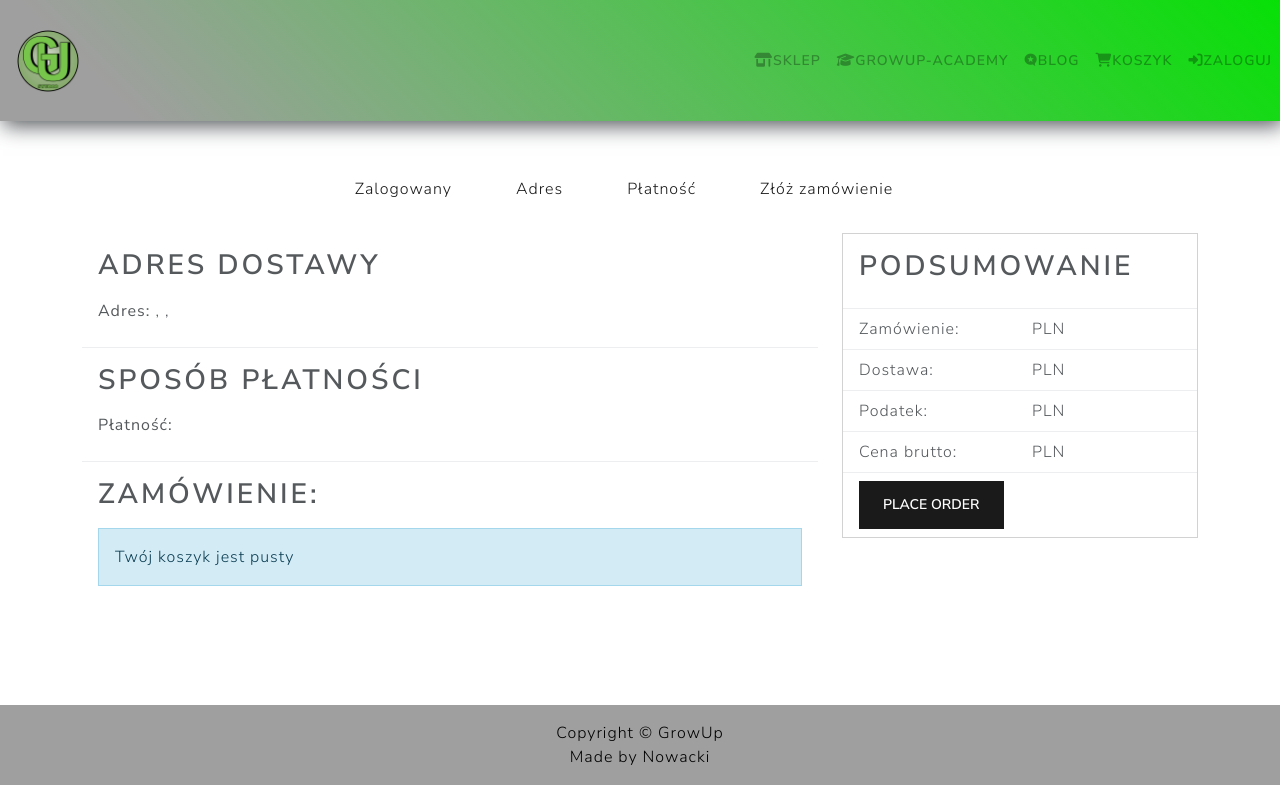
Repository: Nowacki97PL/GrowUpFullStack
Page: /placeorder (app in grow-up-fe/)
An editor plug-in stored every save of this project. The page is shown before and after the next save, followed by the edit.
The browser window is 1280 px wide. The pictures show the whole page.
The project was rebuilt for these pictures with package versions that can differ from the ones it lists, and the page was loaded fresh each time. Also part of the build but not shown: grow-up-fe/src/components/Rating.js, grow-up-fe/src/components/Product.js, grow-up-fe/src/components/Loader.js, grow-up-fe/src/actions/productActions.js, grow-up-fe/src/screens/ShopScreen.js, grow-up-fe/src/screens/ProductScreen.js, grow-up-fe/src/screens/HomeScreen.js, grow-up-fe/src/actions/cartActions.js and 7 more.

Above is the page before, as saved 2024-02-24 18:13:58.

After the next save:
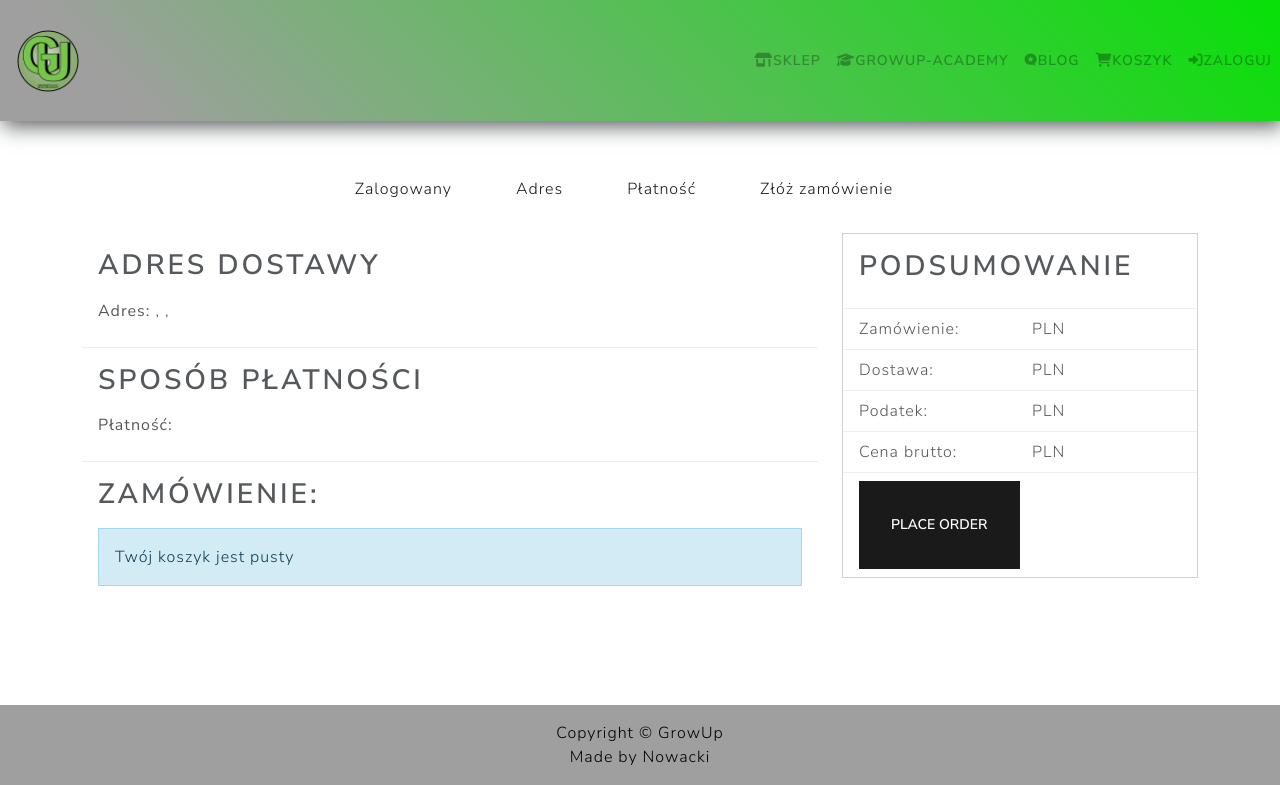
Saved 6 s later.
--- a/grow-up-fe/src/screens/PlaceOrderScreen.js
+++ b/grow-up-fe/src/screens/PlaceOrderScreen.js
@@ -110,7 +110,7 @@
 							<ListGroup.Item>
                                     <Button
                                         type="button"
-                                        className="btn btn-block"
+                                        className="btn-lg btn-block"
                                         disabled={cart.cartItems === 0}
                                         onClick={placeOrder}
                                     >

After the save that followed:
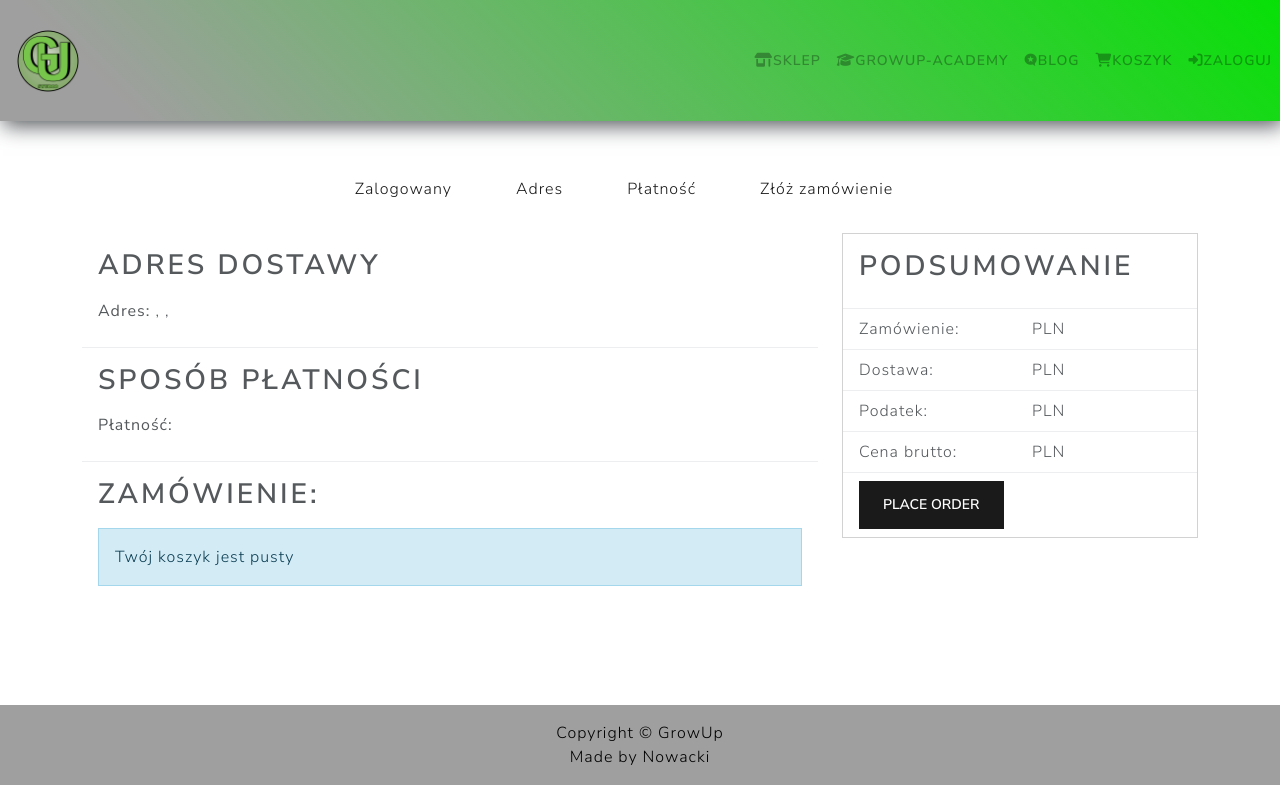
Saved 17 s later.
--- a/grow-up-fe/src/screens/PlaceOrderScreen.js
+++ b/grow-up-fe/src/screens/PlaceOrderScreen.js
@@ -110,7 +110,7 @@
 							<ListGroup.Item>
                                     <Button
                                         type="button"
-                                        className="btn-lg btn-block"
+                                        className="btn-block"
                                         disabled={cart.cartItems === 0}
                                         onClick={placeOrder}
                                     >
